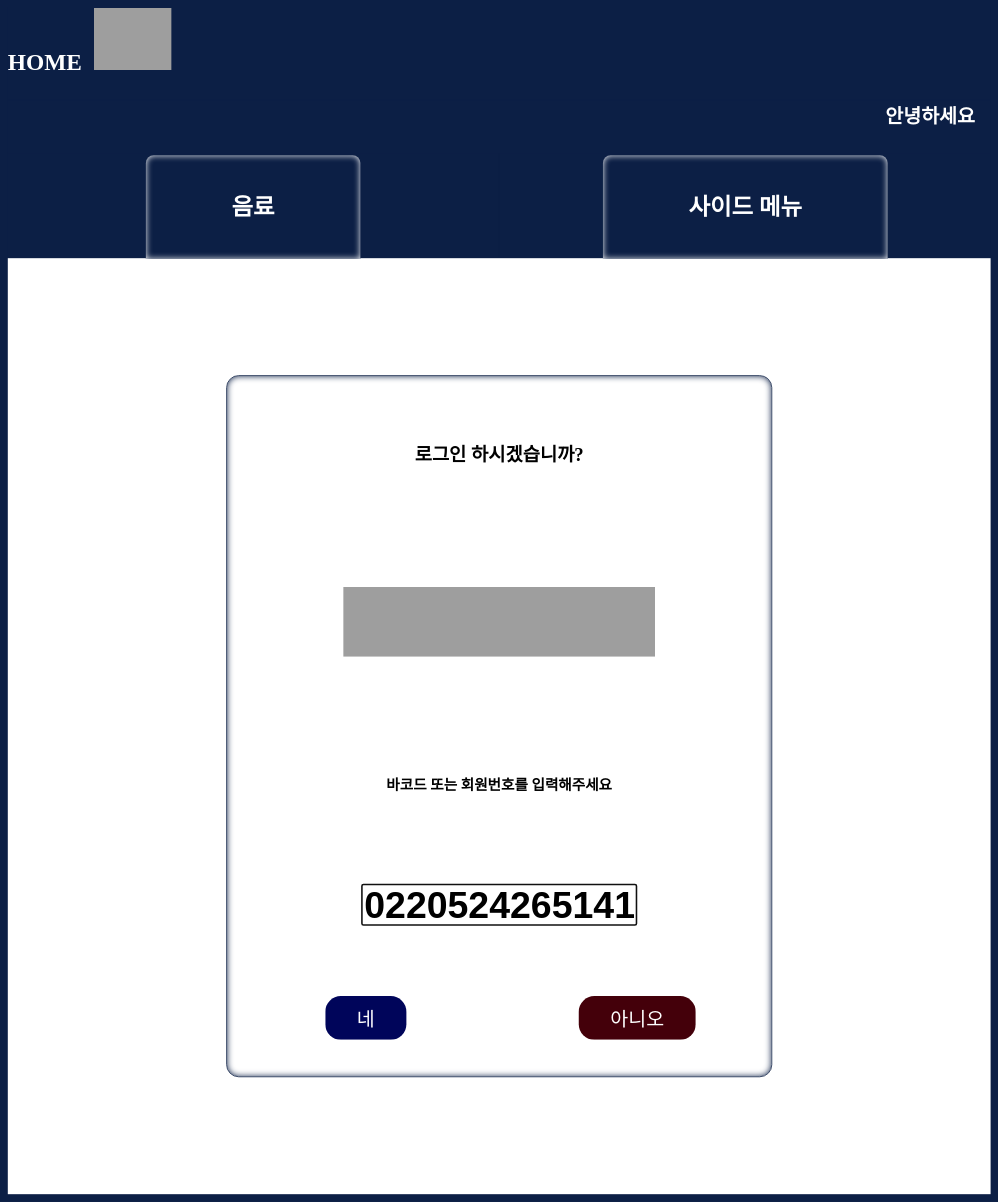
Repository: DevJoeYC/Metabukcs
Page: http://localhost/metabucks/KIOSK/login.jsp
An editor plug-in stored every save of this project. The page is shown before and after the next save, followed by the edit.
The browser window is 1280 px wide. The pictures show the whole page, at 78% of full size.
Pictures or frames that could not be fetched are drawn as grey boxes. The page is served by Tomcat 9. Other server files are loaded and not shown.

Above is the page before, as saved 2022-05-27 05:42:35.

### metabucks/WebContent/KIOSK/login.jsp
<%@ page language="java" contentType="text/html; charset=UTF-8"
    pageEncoding="UTF-8"%>
<%@ include file="includes/head.jsp" %>
<script>
	window.onload = function()
	{
		$("#usernum").focus();
	}

	function DoLogin()
	{
		if($("#usernum").val() == "" || $("#usernum").val() == null)

		{
			alert("회원번호를 입력하세요.");
			$("#usernum").focus();
			return;
		}

		//로그인 처리
		$.ajax({
			type : "post",
			url: "loginok.jsp",
			dataType: "html",
			data:
			{
				usernum: $("#usernum").val()
		    },
			success : function(data)
			{
				data = data.trim();
				if(data == "OK")
				{
					document.location = "drinkmenu.jsp";
				}else
				{
					alert("회원번호가 일치하지 않습니다.");
				}
			}
		});
	}
</script>
<!-- ==================================================================================================================== -->
<tr>
	<td style="background-color:white;padding:150px 0px 150px 0px" colspan=3>
		<form name="login" method="post" action="loginok.jsp" onsubmit="javascript:return false;">
		<table id="login" border="0" height="900" width="700" style="margin : auto; text-align:center">
			<tr>
				<td colspan="2"><h2>로그인 하시겠습니까?</h2></td>
			</tr>
			<tr>
				<td colspan="2"><img src="images/barcode.png" width="400" height="90"></td>
			</tr>
			<tr>
				<td colspan=2><h3>바코드 또는 회원번호를 입력해주세요</h3></td>
			</tr>

			<tr>
				<td colspan=2><input type="text"
									 id="usernum"
									 name="usernum"
									 style="width:50%; height:3rem;font-size:3rem;font-weight:bold"
									 value="0220524265141">
				</td>
			</tr>

			<tr>
				<td width="350px"><a id="yes" href="javascript:DoLogin();">네</a></td>
				<td><span><a id="no" href="drinkmenu.jsp">아니오</a></span></td>
			</tr>
		</table>
		</form>
	</td>
<!-- ==================================================================================================================== -->
<%@ include file="includes/tail.jsp" %>

### metabucks/WebContent/KIOSK/includes/head.jsp
<%@ page language="java" contentType="text/html; charset=UTF-8"
    pageEncoding="UTF-8"%>
<%@ page import="meta.dto.*" %>
<%@ page import="meta.vo.*" %>
<!DOCTYPE html>

<%
	//session.setMaxInactiveInterval(60*1); //1분후 세션만료(아무 움직임 없을시)
	String id = "";
	accountVO user  = (accountVO) session.getAttribute("accountVO");
	if(user != null)
	{
		id = user.id();
	}
%>
<html>
	<head>

		<title>메타벅스</title>
		<link rel="stylesheet" href="css/kiosk.css"/>
		<script src="js/jquery-3.6.0.js"></script>
	</head>
	<style>

    	</style>
	<body>
		<table border=0  style="width:100%;">
			<tr>
				<td id="bar" colspan="2" style="text-align:left;padding:0px 0px 30px 0px"><a style="color: white;text-decoration:none;" href="index.jsp">HOME &nbsp;<img src="images/CoffeeLogo.png" height="80px" width="100px"></a></td>
			</tr>
			<tr>
				<td id="bar" colspan="2" style="text-align:right; width:100px; height:30px; font-size:25px; padding:0px 20px 30px 0px">
					<%
						if(id == null || id.equals(""))
						{
							%>
								안녕하세요
							<%
						}else
						{
							%>
							( <%= user.name() %> )님 환영합니다 &nbsp;&nbsp;&nbsp;<a id="mypagebtn" href="mypage.jsp">마이페이지</a></td>
							<%
						}
					%>
				</td>
			</tr>
			<tr>
				<td id="bar"  height="130px" width="100px" style="text-align:center"><a id="menu" style="color: white" href="drinkmenu.jsp">음료</a></td>
				<td id="bar" width="130px" style="text-align:center"><a id="menu" style="color: white" href="sidemenu.jsp">사이드 메뉴</a></td>
			</tr>

### metabucks/WebContent/KIOSK/includes/tail.jsp
<%@ page language="java" contentType="text/html; charset=UTF-8"
    pageEncoding="UTF-8"%>
</tr>
		</table>
	</body>
	</html>

### metabucks/WebContent/KIOSK/css/kiosk.css
@charset "UTF-8";

	#indexbar
	{
		font-size:30px
	}
	#abtn
	{
		text-decoration: none;
		background-color: #0C1F45;
		border:dotted;
		color: maroon;
		padding:80px 300px 80px 300px ;
		text-align: center;
		display: inline-block;
		border-radius: 20px 20px 20px 20px;
	}
	#abtn:hover, #abtn:active
	{
		background-color: #471214;
	}

	body
	{
		background-color:#0C1F45;
	}

	#login
	{
		background-color:white;
		border:1px solid #0C1F45;
		border-radius:16px;
		box-shadow:inset 0 0 8px #0C1F45;
	}
	#bar
	{
		background-color:#0C1F45;
		color:white;
		font-size:30px;
		font-weight:bold;
	}
	#menu
	{
		background-color: #0C1F45;
		text-decoration: none;
		padding: 50px 110px;
		border-radius: 10px 10px 0px 0px;
		box-shadow:inset 0 0 8px white;
		font-weight:bold;
	}
	#menu:hover
	{
		background-color: #471214;
	}
	#yes
	{
		text-decoration: none;
		background-color: #00055A;
		color: white;
		padding: 10px 40px;
		text-align: center;
		display: inline-block;
		border-radius: 20px 20px 20px 20px;
		font-size:25px;
	}
	#no
	{
		text-decoration: none;
		background-color: #44000A;
		color: white;
		padding: 10px 40px;
		text-align: center;
		display: inline-block;
		border-radius: 20px 20px 20px 20px;
		font-size:25px;
	}

	#optbtn
	{
		background-Color:#0C1F45;
		font:12px;
		font-weight:bold;
		color:white;
		border-radius: 10px 10px 10px 10px;
		font-size:20px;
	}
	#optbtn:hover
	{
		background-Color:#085820;
	}
	#optbtn:visited
	{
		background-Color:#085820;
	}
	#mypagebtn
	{
		text-decoration: none;
		background-color: white;
		color:black;
		padding: 10px 20px;
		display: inline-block;
		border-radius: 20px 20px 20px 20px;
		font-weight:bold;
		font-size:15px
	}

	#orderbtn
	{
		text-decoration: none;
		background-color: white;
		color: black;
		padding: 30px 190px;
		display: inline-block;
		border-radius: 10px 10px 10px 10px;;
		font-weight:bold;
		font-size:30px
	}
	#cancelbtn
	{
		text-decoration: none;
		background-color: #660010;
		color: white;
		padding: 60px 100px;
		display: inline-block;
		border-radius: 10px 10px 10px 10px;;
		font-weight:bold;
		font-size:30px;
	}

Loaded but not shown: metabucks/WebContent/KIOSK/js/jquery-3.6.0.js (library)

After the next save:
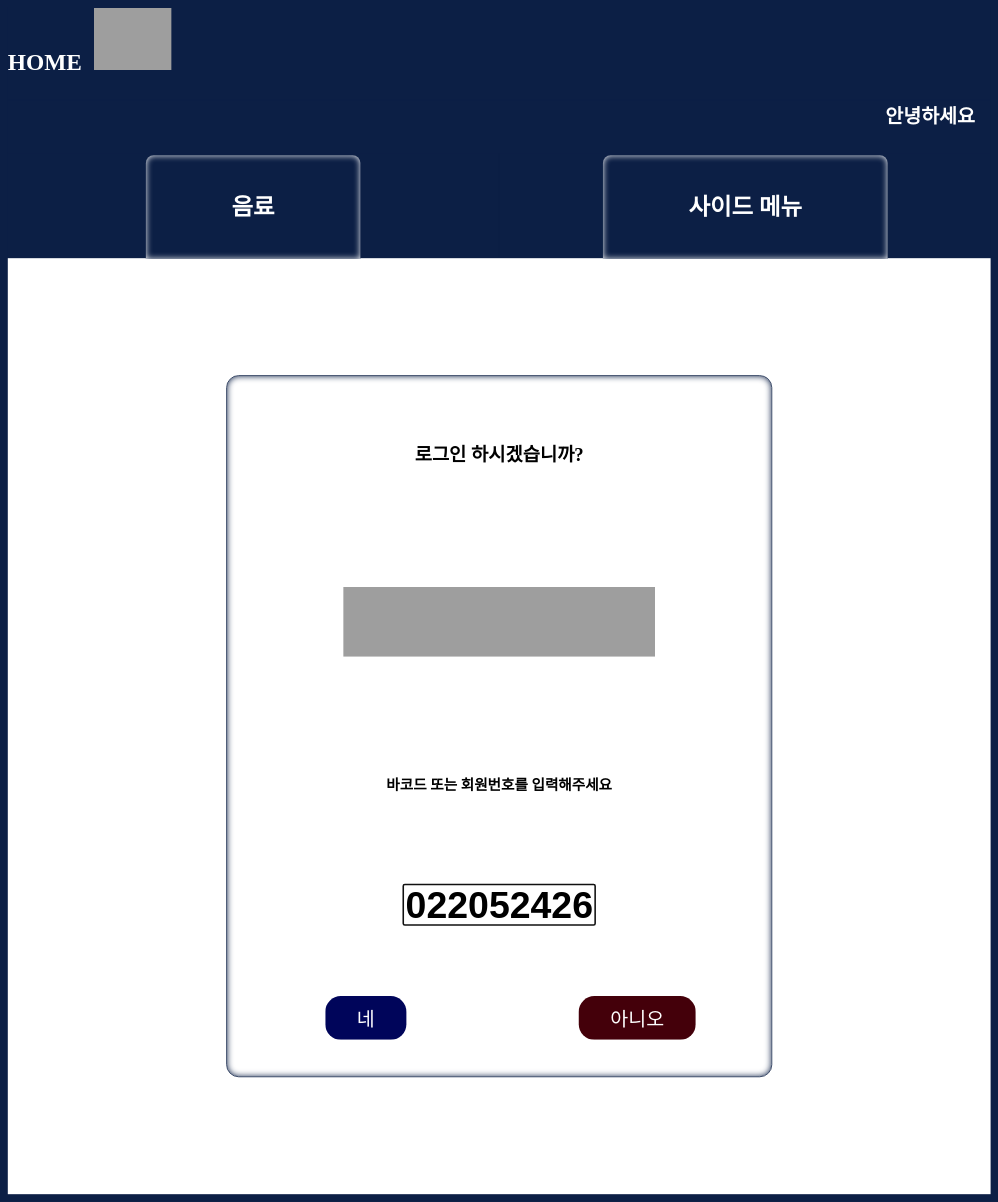
Saved 12 s later.
--- a/metabucks/WebContent/KIOSK/login.jsp
+++ b/metabucks/WebContent/KIOSK/login.jsp
@@ -59,7 +59,7 @@
 				<td colspan=2><input type="text"
 									 id="usernum"
 									 name="usernum"
-									 style="width:50%; height:3rem;font-size:3rem;font-weight:bold"
+									 style="width:15rem; height:3rem;font-size:3rem;font-weight:bold"
 									 value="0220524265141">
 				</td>
 			</tr>
